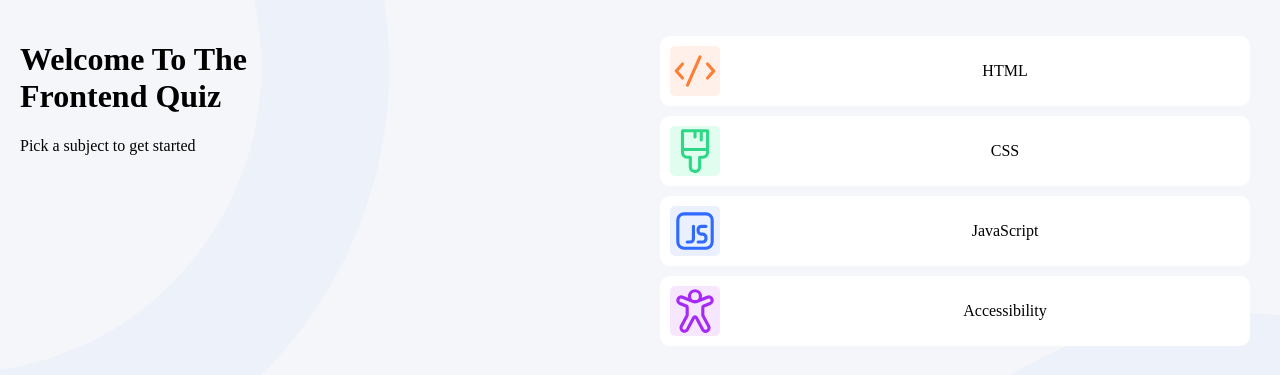
Repository: Daniel054311/Quiz-app-V1
Page: index.html
The author's editor kept a copy of each file at every save. The page is drawn from the files as they stood at one save, then again after the next save.
The browser window is 1280 px wide. The pictures show the whole page.

Above is the page before, as saved 2024-01-28 15:23:43.

After the next save:
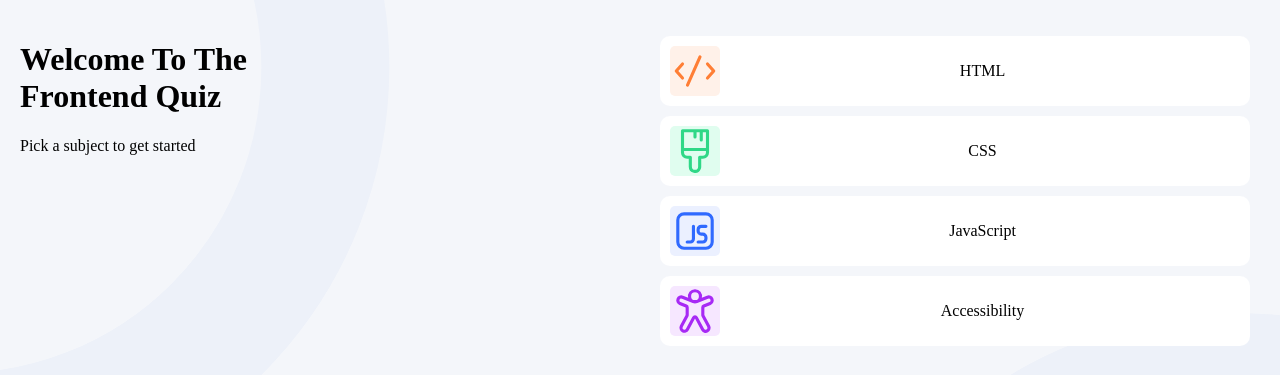
Saved 13 s later.
--- a/asset/css/index.css
+++ b/asset/css/index.css
@@ -69,7 +69,7 @@ body {
     width: 50px;
     height: 50px;
     border-radius: 10%;
-    margin-right: 50px;
+    margin-right: 5px;
   }
 
   .content {
